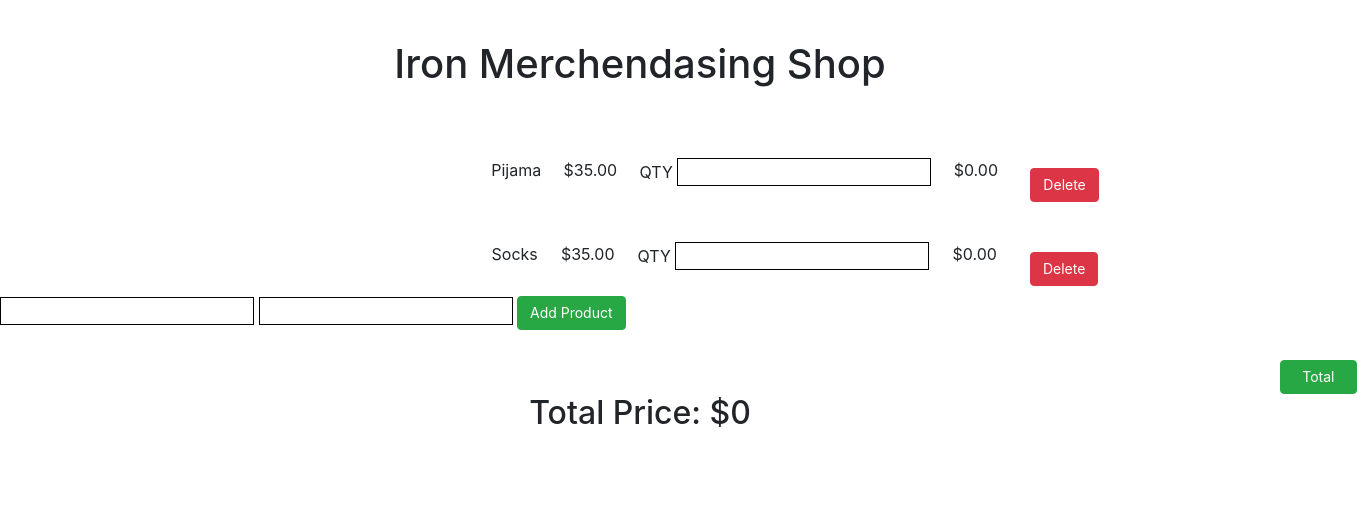
Repository: konstantin0s/lab-cart-DOM
Page: index.html
An editor plug-in stored every save of this project. The page is shown before and after the next save, followed by the edit.
The browser window is 1280 px wide. The page is 1357 px wide, so the pictures cover 1357 px, including what lies to the right of the window. The pictures show the whole page.
Some web libraries are served in a nearby version.

Above is the page before, as saved 2019-02-04 09:43:22.
Console error: TypeError: Cannot set properties of null (setting 'onclick')

After the next save:
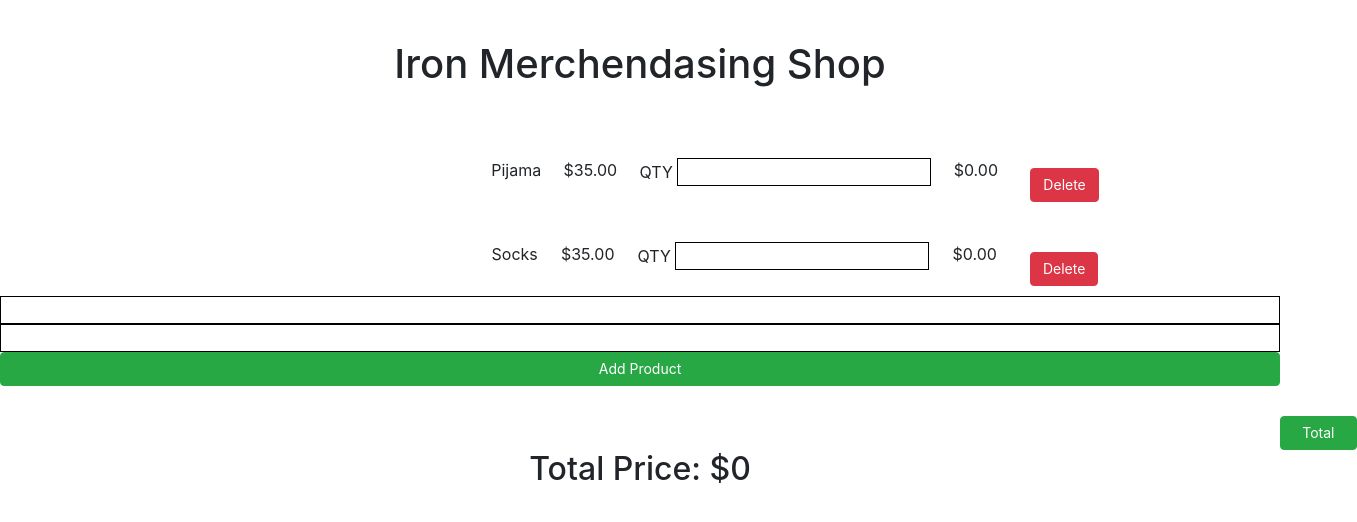
Saved 5 s later.
--- a/css/style.css
+++ b/css/style.css
@@ -124,8 +124,9 @@ input {
   height: 30px;
 } */
 
-.addNewProd {
-  display: relative;
+#addNewProd {
+  display: flex;
+  flex-direction: column;
   left: 300px;
   top: 300px;
 }
